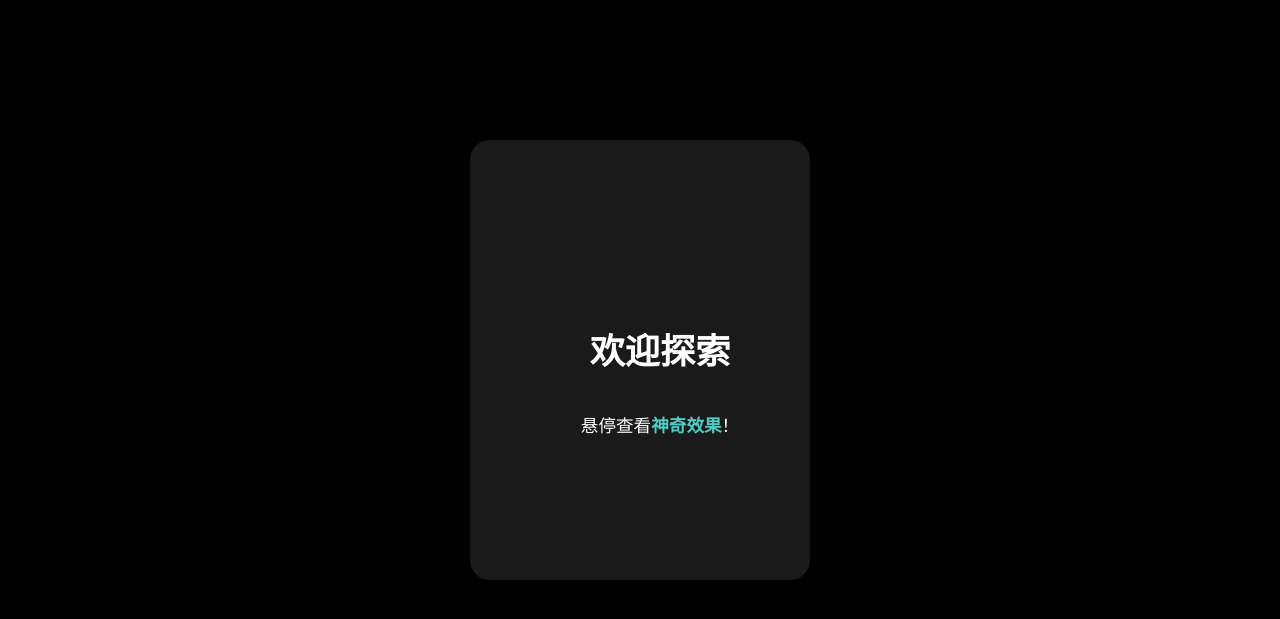
Repository: zjccc123/demo
Page: index4.html
An editor plug-in stored every save of this project. The page is shown before and after the next save, followed by the edit.
The browser window is 1280 px wide. The pictures show the whole page.

Above is the page before, as saved 2025-06-14 11:28:23.

After the next save:
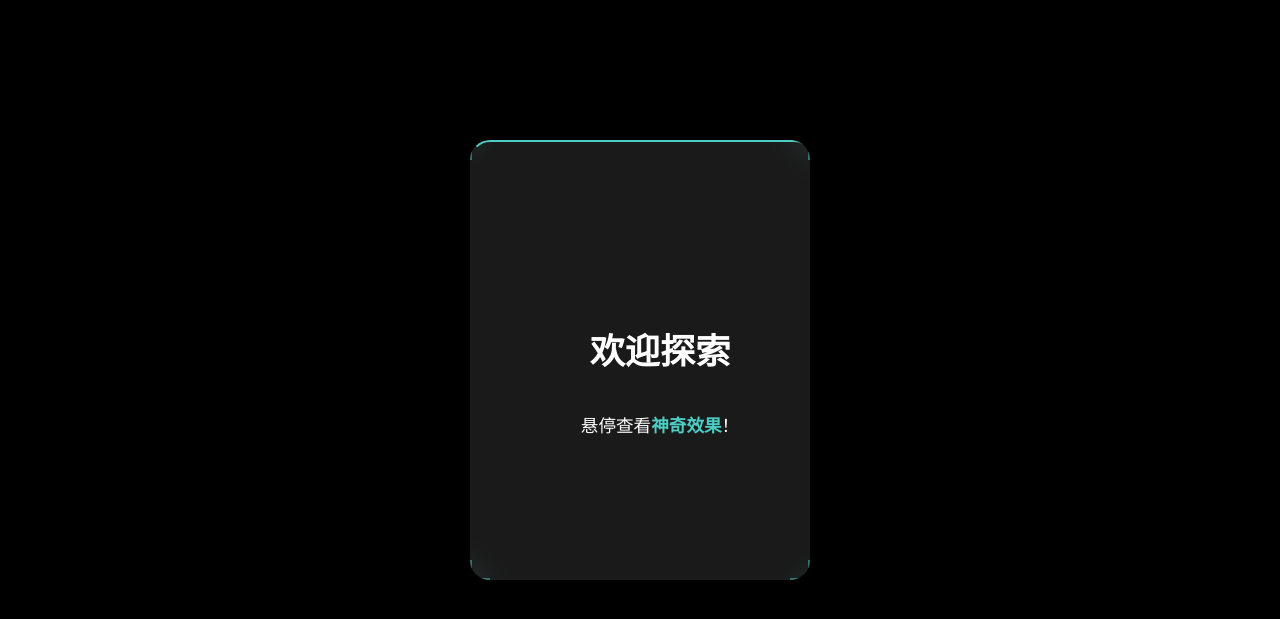
Saved 2 min 39 s later.
--- a/index4.html
+++ b/index4.html
@@ -35,9 +35,130 @@
             cursor: pointer;
             transition: transform 0.3s ease;
             position: relative;
+            overflow: hidden;
+        }
+        .card::before,
+        .card::after {
+            content: '';
+            position: absolute;
+            width: 100%;
+            height: 100%;
+            top: 0;
+            left: 0;
+            border: 2px solid transparent;
+            border-radius: 20px;
+            pointer-events: none;
+        }
+        .card::before {
+            border-top-color: #4ecdc4;
+            border-right-color: #4ecdc4;
+            animation: borderAnimation1 2s linear infinite;
+        }
+        .card::after {
+            border-bottom-color: #ff6b6b;
+            border-left-color: #ff6b6b;
+            animation: borderAnimation2 2s linear infinite;
+        }
+        @keyframes borderAnimation1 {
+            0% {
+                clip-path: polygon(0 0, 100% 0, 100% 0, 0 0);
+            }
+            25% {
+                clip-path: polygon(0 0, 100% 0, 100% 100%, 0 100%);
+            }
+            50% {
+                clip-path: polygon(0 0, 100% 0, 100% 100%, 0 100%);
+            }
+            75% {
+                clip-path: polygon(0 0, 100% 0, 100% 0, 0 0);
+            }
+            100% {
+                clip-path: polygon(0 0, 100% 0, 100% 0, 0 0);
+            }
+        }
+        @keyframes borderAnimation2 {
+            0% {
+                clip-path: polygon(0 0, 100% 0, 100% 100%, 0 100%);
+            }
+            25% {
+                clip-path: polygon(0 0, 100% 0, 100% 0, 0 0);
+            }
+            50% {
+                clip-path: polygon(0 0, 100% 0, 100% 0, 0 0);
+            }
+            75% {
+                clip-path: polygon(0 0, 100% 0, 100% 100%, 0 100%);
+            }
+            100% {
+                clip-path: polygon(0 0, 100% 0, 100% 100%, 0 100%);
+            }
         }
         .card:hover {
             transform: scale(1.1);
+        }
+        .card:hover::before,
+        .card:hover::after {
+            animation-duration: 1s;
+        }
+        .corner {
+            position: absolute;
+            width: 20px;
+            height: 20px;
+            pointer-events: none;
+        }
+        .corner::before,
+        .corner::after {
+            content: '';
+            position: absolute;
+            background: #4ecdc4;
+            box-shadow: 0 0 10px #4ecdc4;
+        }
+        .corner::before {
+            width: 2px;
+            height: 20px;
+        }
+        .corner::after {
+            width: 20px;
+            height: 2px;
+        }
+        .corner-tl {
+            top: 0;
+            left: 0;
+        }
+        .corner-tr {
+            top: 0;
+            right: 0;
+            transform: rotate(90deg);
+        }
+        .corner-bl {
+            bottom: 0;
+            left: 0;
+            transform: rotate(-90deg);
+        }
+        .corner-br {
+            bottom: 0;
+            right: 0;
+            transform: rotate(180deg);
+        }
+        .corner-tl::before,
+        .corner-tl::after,
+        .corner-tr::before,
+        .corner-tr::after,
+        .corner-bl::before,
+        .corner-bl::after,
+        .corner-br::before,
+        .corner-br::after {
+            animation: cornerGlow 2s linear infinite;
+        }
+        @keyframes cornerGlow {
+            0%, 100% {
+                opacity: 1;
+                box-shadow: 0 0 10px #4ecdc4;
+            }
+            50% {
+                opacity: 0.5;
+                box-shadow: 0 0 20px #4ecdc4;
+            }
         }
         .card-front, .card-back {
             position: absolute;
@@ -73,6 +194,10 @@
     <div id="particles-js"></div>
     <div class="content">
         <div class="card">
+            <div class="corner corner-tl"></div>
+            <div class="corner corner-tr"></div>
+            <div class="corner corner-bl"></div>
+            <div class="corner corner-br"></div>
             <div class="card-front">
                 <h1>欢迎探索</h1>
                 <p>悬停查看<span class="highlight">神奇效果</span>！</p>
